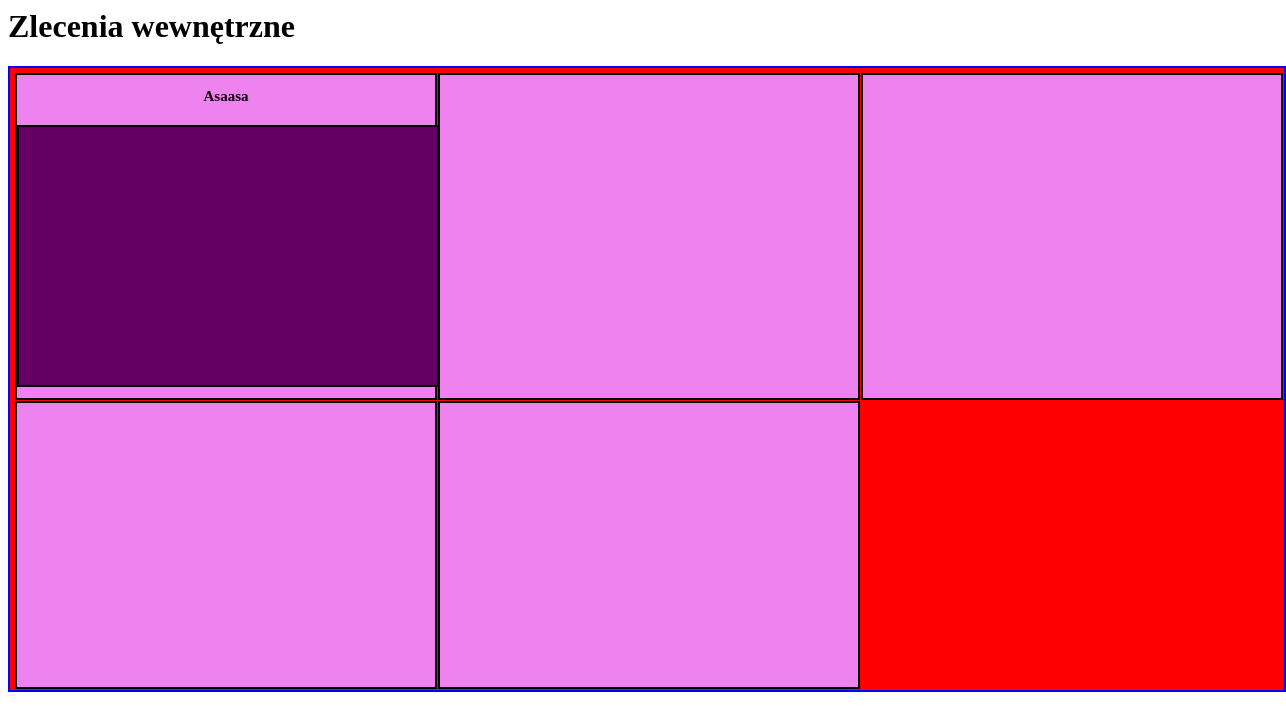
Repository: emdes515/EHpanel
Page: html/dashboardZleceniaWewnetrzne.html
These files come from the project's save history. The page is drawn as it stood at one moment and after the next save; the edit follows.
The browser window is 1280 px wide. The page is 1286 px wide, so the pictures cover 1286 px, including what lies to the right of the window. The pictures show the whole page.

Above is the page before, as saved 2024-04-18 09:07:38.

After the next save:
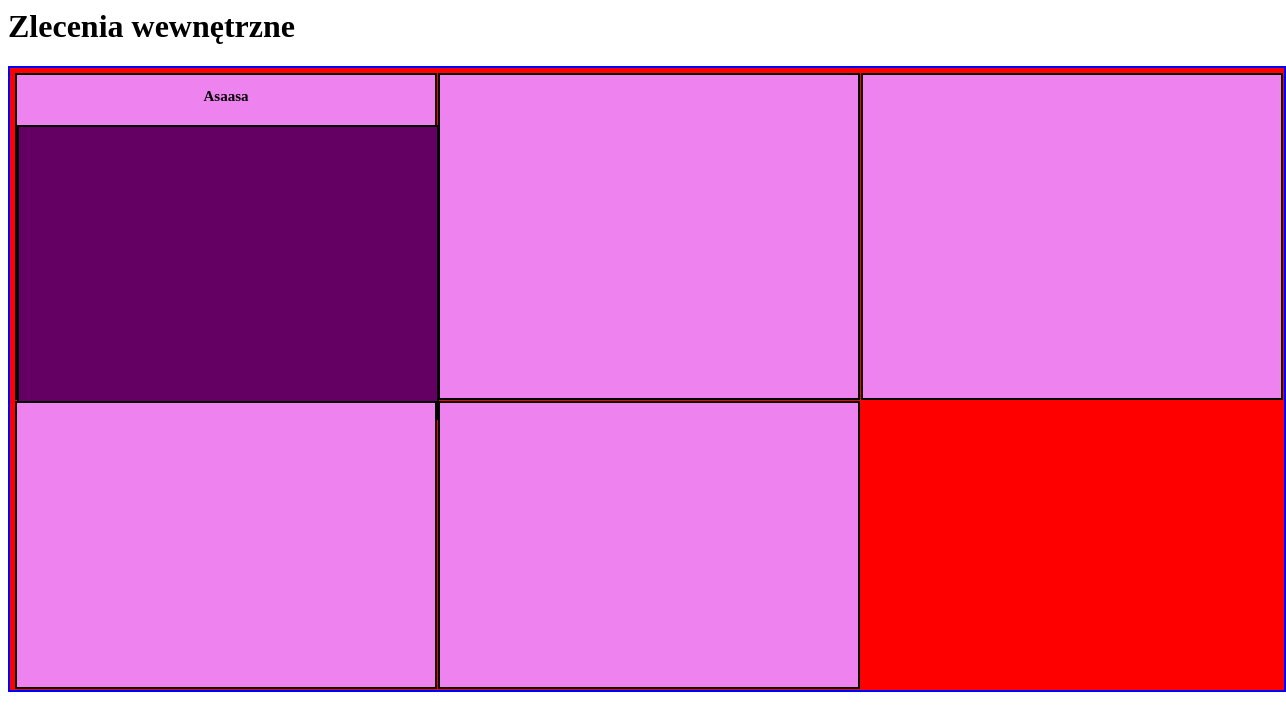
Saved 7 s later.
--- a/html/dashboardZleceniaWewnetrzne.html
+++ b/html/dashboardZleceniaWewnetrzne.html
@@ -27,7 +27,7 @@
 	.elementPulpit {
 		background-color: rgb(100, 0, 100);
 		width: 100%;
-		height: 80%;
+		height: 90%;
 		border: 2px solid black;
 	}
 </style>
